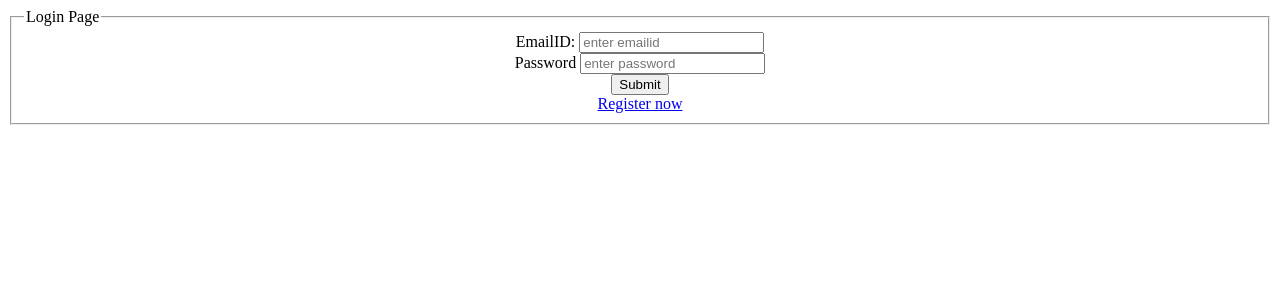
Repository: Tharungandhi/ServeltProject
Page: ServletJDBCApp/WebContent/login.html
The author's editor kept a copy of each file at every save. The page is drawn from the files as they stood at one save, then again after the next save.
The browser window is 1280 px wide. The pictures show the whole page.

Above is the page before, as saved 2019-01-24 04:25:04.

### ServletJDBCApp/WebContent/login.html
<!DOCTYPE html>
<html>
<head>
<meta charset="UTF-8">
<title>Login Page</title>
</head>
<body>
<form action="login" method="post">

<fieldset>
<legend> Login Page</legend>
<div align="center">
<div>
<label>EmailID:</label>
<input type="email" name="emailid"  placeholder="enter emailid" value="" required/> </div>
<div>
<label>Password</label>
<input type="password" name="password"  placeholder="enter password" value="" required/> </div>
<input type="submit" name="submit"/>
<div>
<a href=registration.html> Register now </a> </div>
</div>
</fieldset>
</form>
</body>
</html>

After the next save:
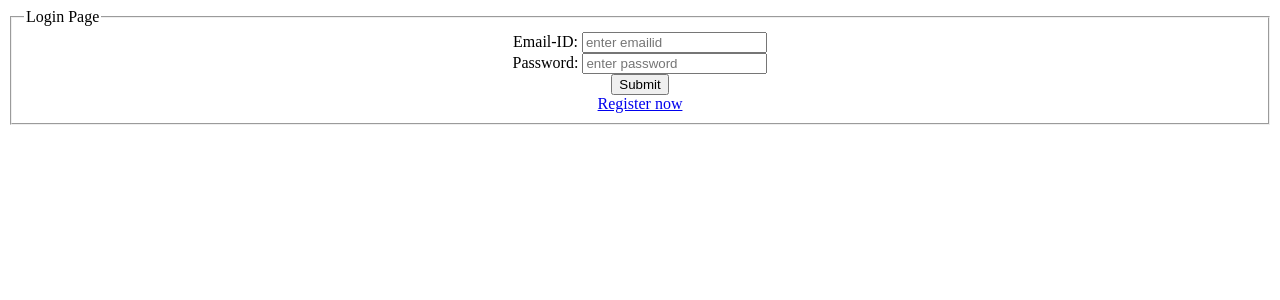
Saved 17 min 4 s later.
--- a/ServletJDBCApp/WebContent/login.html
+++ b/ServletJDBCApp/WebContent/login.html
@@ -11,10 +11,10 @@
 <legend> Login Page</legend>
 <div align="center">
 <div>
-<label>EmailID:</label>
+<label>Email-ID:</label>
 <input type="email" name="emailid"  placeholder="enter emailid" value="" required/> </div>
 <div>
-<label>Password</label>
+<label>Password:</label>
 <input type="password" name="password"  placeholder="enter password" value="" required/> </div>
 <input type="submit" name="submit"/>
 <div>
